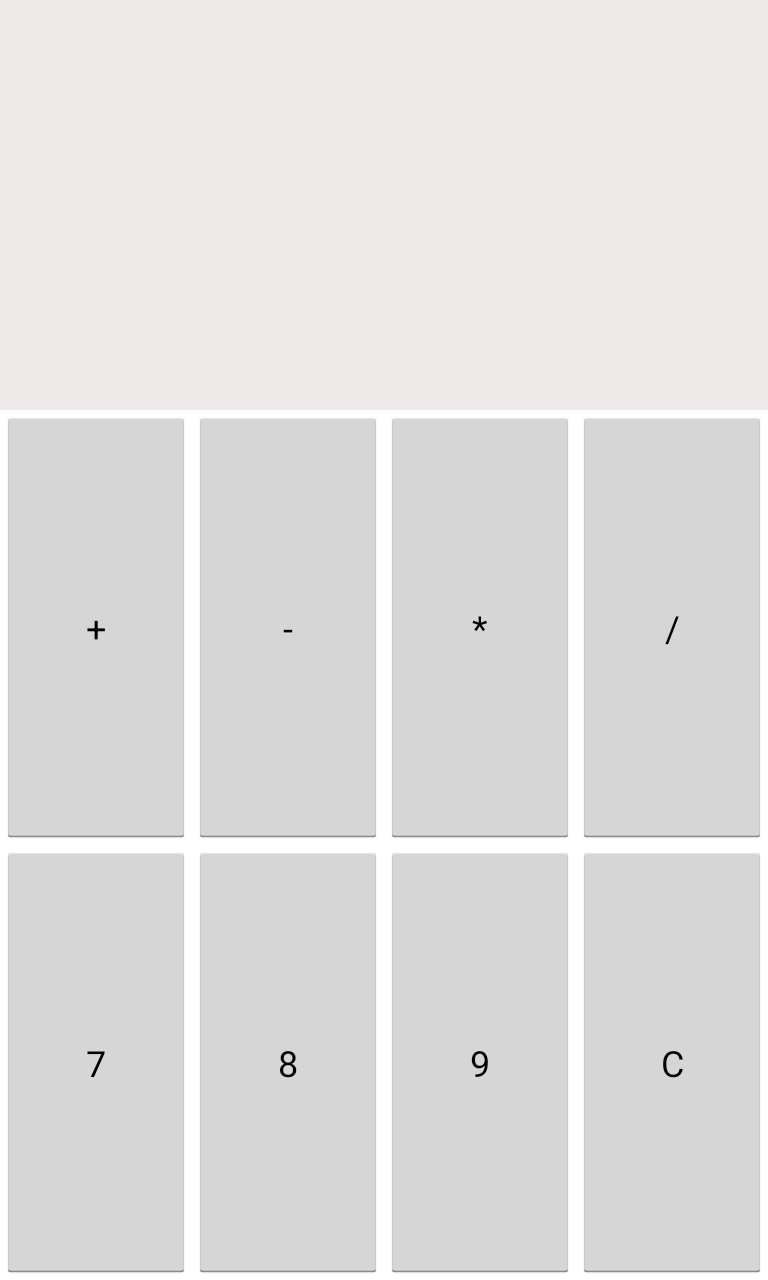
Repository: Xiao-Jian/Android
Layout: Calculator1/res/layout/activity_main.xml
These files come from the project's save history. The layout is drawn as it stood at one moment and after the next save; the edit follows.
It is drawn on a 768 x 1280 px phone screen (xhdpi) without system bars, with theme AppTheme; the app's code is not run.

Above is the layout before, as saved 2015-05-14 05:34:16.

### Calculator1/res/layout/activity_main.xml
<LinearLayout xmlns:android="http://schemas.android.com/apk/res/android"
    xmlns:tools="http://schemas.android.com/tools"
    android:layout_width="match_parent"
    android:layout_height="match_parent"
    android:orientation="vertical" >
    tools:context="com.example.calculator1.MainActivity" >

    <LinearLayout
	    android:layout_width="fill_parent"
	    android:layout_height="wrap_content"
	    android:layout_weight="2"
	    android:orientation="vertical"
	    android:background="#EEE9E9"
	    >
	    <EditText
	        android:textSize="25dp"
	        android:id="@+id/screen"
	        android:cursorVisible="false"
	        android:layout_width="fill_parent"
	        android:layout_height="fill_parent"
	        android:layout_weight="2"
	        android:gravity="center|right"
	        android:maxLines="4"
	        android:lines="4"
	        android:enabled="false"
	        android:background="#EEE9E9"
	        android:textColor="#000000"
	        />
	</LinearLayout>

    <LinearLayout
        android:layout_width="fill_parent"
        android:layout_height="wrap_content"
        android:layout_weight="8"
        android:gravity="center"
        android:orientation="vertical">

        <LinearLayout
            android:layout_width="match_parent"
            android:layout_height="match_parent"
            android:layout_weight="1"
            android:orientation="horizontal" >

        	<Button
            	android:id="@+id/add"
        		android:layout_width="match_parent"
        		android:layout_height="match_parent"
        		android:layout_weight="1"
        		android:text="@string/add" />
        	<Button
            	android:id="@+id/sub"
        		android:layout_width="match_parent"
        		android:layout_height="match_parent"
        		android:layout_weight="1"
        		android:text="@string/sub" />
       		<Button
            	android:id="@+id/mult"
        		android:layout_width="match_parent"
        		android:layout_height="match_parent"
        		android:layout_weight="1"
        		android:text="@string/mult" />
        	<Button
            	android:id="@+id/div"
        		android:layout_width="match_parent"
        		android:layout_height="match_parent"
        		android:layout_weight="1"
        		android:text="@string/div" />

        </LinearLayout>

        <LinearLayout
            android:layout_width="match_parent"
            android:layout_height="match_parent"
            android:layout_weight="1"
            android:orientation="horizontal" >

        	<Button
            	android:id="@+id/seven"
        		android:layout_width="match_parent"
        		android:layout_height="match_parent"
        		android:layout_weight="1"
        		android:text="@string/seven" />
        	<Button
            	android:id="@+id/eight"
        		android:layout_width="match_parent"
        		android:layout_height="match_parent"
        		android:layout_weight="1"
        		android:text="@string/eight" />
       		<Button
            	android:id="@+id/nine"
        		android:layout_width="match_parent"
        		android:layout_height="match_parent"
        		android:layout_weight="1"
        		android:text="@string/nine" />
        	<Button
            	android:id="@+id/clear"
        		android:layout_width="match_parent"
        		android:layout_height="match_parent"
        		android:layout_weight="1"
        		android:text="@string/clear" />

        </LinearLayout>
    </LinearLayout>
</LinearLayout>

### Calculator1/res/values/strings.xml
<?xml version="1.0" encoding="utf-8"?>
<resources>

    <string name="app_name">Calculator1</string>
    <string name="action_settings">Settings</string>

    <string name="one">1</string>
    <string name="two">2</string>
    <string name="three">3</string>
    <string name="four">4</string>
    <string name="five">5</string>
    <string name="six">6</string>
    <string name="seven">7</string>
    <string name="eight">8</string>
    <string name="nine">9</string>
    <string name="zero">0</string>
    <string name="add">+</string>
    <string name="sub">-</string>
    <string name="mult">*</string>
    <string name="div">/</string>
    <string name="point">.</string>
    <string name="equal">=</string>
    <string name="clear">C</string>

</resources>

Loaded but not shown: Calculator1/res/values/styles.xml (common file); Calculator1/res/values-v11/styles.xml (common file); Calculator1/res/values-v14/styles.xml (common file)

After the next save:
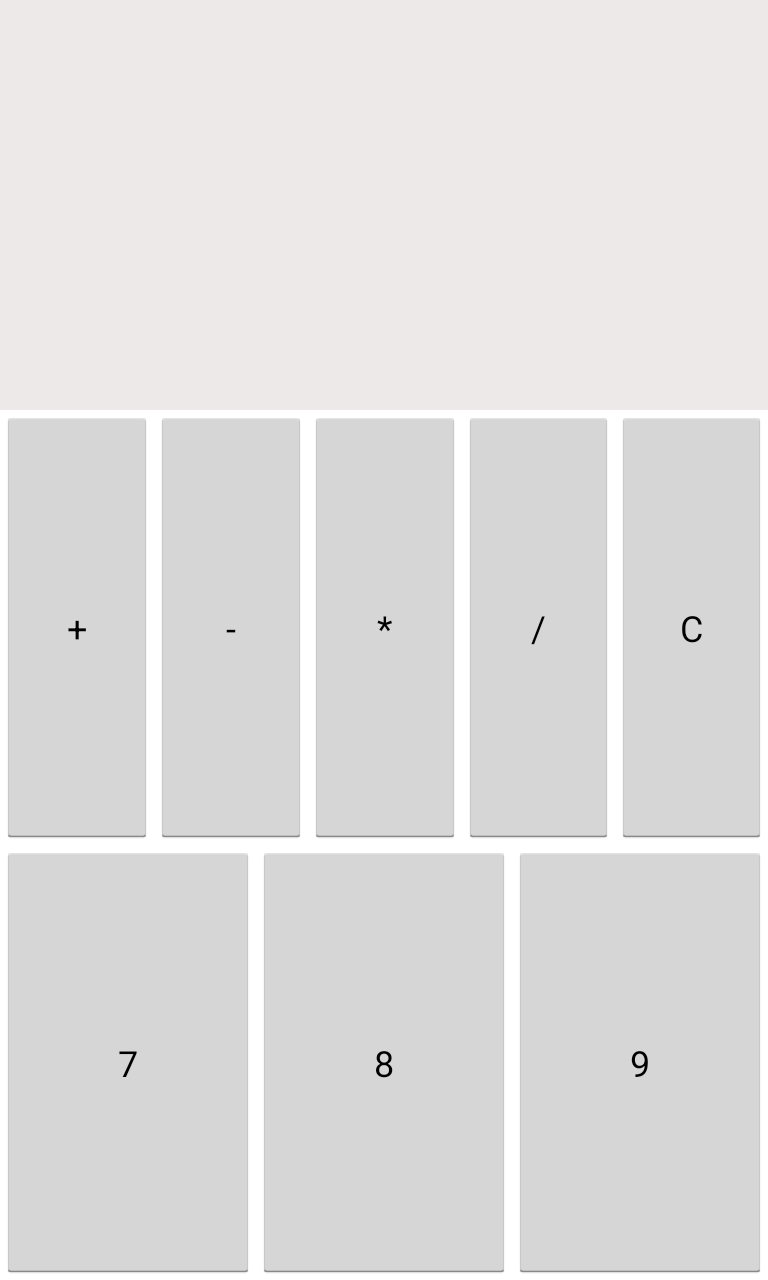
Saved 64 s later.
--- a/Calculator1/res/layout/activity_main.xml
+++ b/Calculator1/res/layout/activity_main.xml
@@ -65,6 +65,12 @@
         		android:layout_height="match_parent"
         		android:layout_weight="1"
         		android:text="@string/div" />
+        	<Button
+            	android:id="@+id/clear"
+        		android:layout_width="match_parent"
+        		android:layout_height="match_parent"
+        		android:layout_weight="1"
+        		android:text="@string/clear" />
 
         </LinearLayout>
 
@@ -92,12 +98,6 @@
         		android:layout_height="match_parent"
         		android:layout_weight="1"
         		android:text="@string/nine" />
-        	<Button
-            	android:id="@+id/clear"
-        		android:layout_width="match_parent"
-        		android:layout_height="match_parent"
-        		android:layout_weight="1"
-        		android:text="@string/clear" />
 
         </LinearLayout>
     </LinearLayout>
